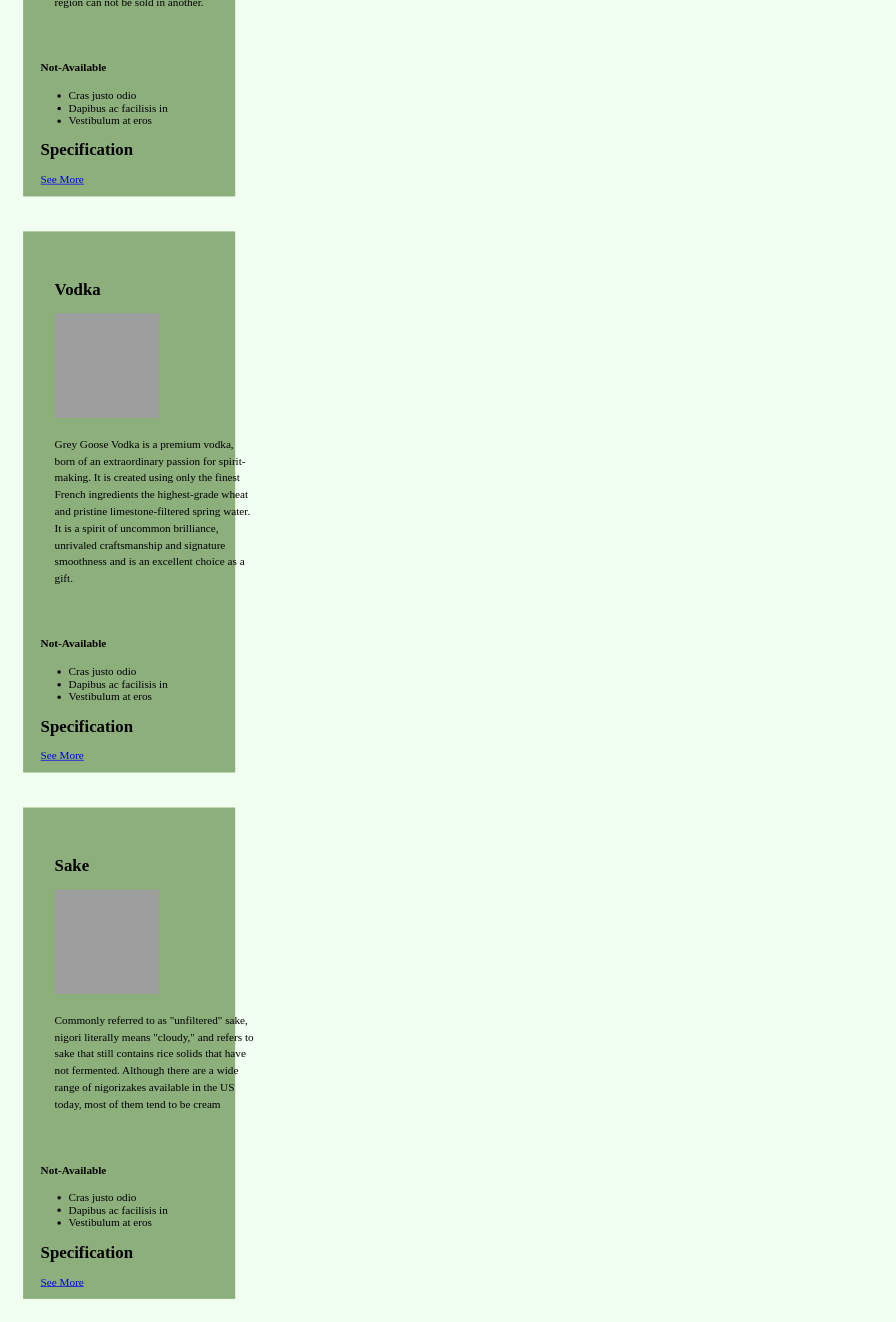
Repository: ZamlZam/REPO-11
Page: product-cards/index.html
The author's editor kept a copy of each file at every save. The page is drawn from the files as they stood at one save, then again after the next save.
The browser window is 1280 px wide. The pictures show the part of the page from y = 2051 to 3971 px (the page is 3940 px tall before and 3971 px after), at 70% of full size.
Pictures or frames that could not be fetched are drawn as grey boxes.

Above is the page before, as saved 2023-04-14 20:41:03.

### product-cards/index.html
<!DOCTYPE html>
<html lang="en">
<head>
  <meta charset="UTF-8">
  <meta http-equiv="X-UA-Compatible" content="IE=edge">
  <meta name="viewport" content="width=device-width, initial-scale=1.0">
  <title>Document</title>
  <link rel="stylesheet" href="main.css">
</head>
<body>

  <div class ="wrapper">
    <div class="header"> ZamZam's Distillery</div>

  <div class="card-wrap">
    <div class="card-item">
    <div class="card1" style="width: 18rem;">
      <h2 class="whiskey">Jack Daniel</h2>
     <img src="https://www.finewinedelivery.co.nz/content/products/original/16561.jpg?width=1136" height = "150px" width="150px" alt="">
    <div class="card-body">

      <p class="card-text">Jack Daniel's is a Tennessee whiskey that has been around since the 1800s. It is the world's top-selling American whiskey and is considered very smooth.</p>
    </div>
  </div>
    <h4 class="Available">Not-Available</h4>
    <ul class="list-group list-group-flush">
      <li class="list-group-item">Cras justo odio</li>
      <li class="list-group-item">Dapibus ac facilisis in</li>
      <li class="list-group-item">Vestibulum at eros</li>
    </ul>
    <h2 class="specification">Specification</h2>
    <div class="card-body">
      <a href="#" class="btn btn-primary">See More</a>

    </div>
  </div>
  </div>
  </div>

  <div class="card-wrap2">
    <div class="card-item2">
    <div class="card2" style="width: 18rem;">
      <h2 class="tequila">Patron</h2>
     <img src="https://th.bing.com/th/id/OIP.omD1u9-5BvE0kcntTUyq4AHaGJ?pid=ImgDet&rs=1" height = "150px" width="150px" alt="">
    <div class="card-body2">

      <p class="card-text2">Patrón is a popular tequila brand, and its Silver Tequila is one of the hottest spirits on the market. Distilled in Jalisco, Mexico, from blue Weber agave, it's widely distributed and found in almost every bar and liquor store.</p>
    </div>
  </div>
    <h4 class="Available">Not-Available</h4>
    <ul class="list-group list-group-flush">
      <li class="list-group-item">Cras justo odio</li>
      <li class="list-group-item">Dapibus ac facilisis in</li>
      <li class="list-group-item">Vestibulum at eros</li>
    </ul>
    <h2 class="specification">Specification</h2>
    <div class="card-body">
      <a href="#" class="btn btn-primary">See More</a>

    </div>
  </div>
  </div>
</div>

<div class="card-wrap3">
  <div class="card-item3">
  <div class="card3" style="width: 18rem;">
    <h2 class="rum">Aguardiente</h2>
   <img src="https://s.cornershopapp.com/product-images/1050370.jpg?versionId=xuP.iP5MiWyH4wgZVeVdTTerM65pvh4C" height = "150px" width="150px" alt="">
  <div class="card-body3">

    <p class="card-text3">In Colombia, aguardiente is an anise -flavoured liqueur derived from sugar cane, popular in the Andean region. Each department of Colombia holds the rights to produce it, but aguardiente produced in one region can not be sold in another.</p>
  </div>
</div>
  <h4 class="Available">Not-Available</h4>
  <ul class="list-group list-group-flush">
    <li class="list-group-item">Cras justo odio</li>
    <li class="list-group-item">Dapibus ac facilisis in</li>
    <li class="list-group-item">Vestibulum at eros</li>
  </ul>
  <h2 class="specification">Specification</h2>
  <div class="card-body">
    <a href="#" class="btn btn-primary">See More</a>

  </div>
</div>
</div>
</div>

<div class="card-wrap4">
  <div class="card-item4">
  <div class="card4" style="width: 18rem;">
    <h2 class="Vodka">Vodka</h2>
   <img src="https://th.bing.com/th/id/OIP.A0LuDfu3pj8rYBoiSEGyLwHaNo?pid=ImgDet&rs=1" height = "150px" width="150px" alt="">
  <div class="card-body4">

    <p class="card-text4">Grey Goose Vodka is a premium vodka, born of an extraordinary passion for spirit-making. It is created using only the finest French ingredients the highest-grade wheat and pristine limestone-filtered spring water. It is a spirit of uncommon brilliance, unrivaled craftsmanship and signature smoothness and is an excellent choice as a gift.</p>
  </div>
</div>
  <h4 class="Available">Not-Available</h4>
  <ul class="list-group list-group-flush">
    <li class="list-group-item">Cras justo odio</li>
    <li class="list-group-item">Dapibus ac facilisis in</li>
    <li class="list-group-item">Vestibulum at eros</li>
  </ul>
  <h2 class="specification">Specification</h2>
  <div class="card-body">
    <a href="#" class="btn btn-primary">See More</a>

  </div>
</div>
</div>
</div>

<div class="card-wrap5">
  <div class="card-item5">
  <div class="card5" style="width: 18rem;">
    <h2 class="Sake">Sake</h2>
   <img src="https://www.wespeakwine.com/resize/Shared/Images/Product/Ohyama-Tokubetsu-Junmai-Nigori-Big-Mountain-Cloudy-Sake-500ML/ohyama_nigori_bottle.jpg?lr=t&bw=600&bh=600" height = "150px" width="150px" alt="">
  <div class="card-body5">

    <p class="card-text5">Commonly referred to as "unfiltered" sake, nigori literally means "cloudy," and refers to sake that still contains rice solids that have not fermented. Although there are a wide range of nigorizakes available in the US today, most of them tend to be cream</p>
  </div>
</div>
  <h4 class="Available">Not-Available</h4>
  <ul class="list-group list-group-flush">
    <li class="list-group-item">Cras justo odio</li>
    <li class="list-group-item">Dapibus ac facilisis in</li>
    <li class="list-group-item">Vestibulum at eros</li>
  </ul>
  <h2 class="specification">Specification</h2>
  <div class="card-body">
    <a href="#" class="btn btn-primary">See More</a>

  </div>
</div>
</div>
</div>
</body>


</html>

### product-cards/main.css
body{
  background-color:honeydew;
}

.wrapper .header {
  width: 100%;
  height: 50px;
  background: lightgreen;
  color: lightcoral;
  text-align: center;
  align-items: center;
  font-size: 30px;
  display:flex;
  justify-content: center;
  font-weight:500;
}

.card-wrap {
  padding: 25px;

  width: 20%;
  height: 100%;
  display: flex;
  justify-content: space-between;
  flex-wrap: wrap;
}

.card-wrap .card-item {
  padding: 15px 25px;
  width: 100%;
  background-color:khaki;
}

.card-wrap .card1 {
  padding: 35px 20px;
  border-radius: 5px;
  min-width: 225px;
  min-height: 300px;

}

.card-wrap .card1 img{
  margin-bottom: 5px;



}

.card-wrap .card1 .whiskey{
  color:teal;
  font-weight: 900;
  letter-spacing: 2px;
  font-size: 35px;
  white-space: nowrap;
  justify-content: center;
  text-align: center;
  align-items: center;
}

.card-wrap .card1 .card-body{
  font-style: 14px;
  line-height: 24px;
  color:black;
}

/**/

.card-wrap2 {
  padding: 25px;

  width: 20%;
  height: 100%;
  display: flex;
  justify-content: space-between;
  flex-wrap: wrap;
}

.card-wrap2 .card-item2 {
  padding: 15px 25px;
  width: 100%;
  background-color:tan;
}

.card-wrap2 .card2 {
  padding: 35px 20px;
  border-radius: 5px;
  min-width: 225px;
  min-height: 300px;

}

.card-wrap2 .card2 img{
  margin-bottom: 5px;
}

.card-wrap2 .card2 .tequila{
  color:brown;
  font-weight: 900;
  letter-spacing: 2px;
  font-size: 35px;
  white-space: nowrap;
  justify-content: center;
  text-align: center;
  align-items: center;
}

.card-wrap2 .card2 .card-body2{
  font-style: 14px;
  line-height: 24px;
  color:black;
}

/**/

.card-wrap3 {
  padding: 25px;

  width: 20%;
  height: 100%;
  display: flex;
  justify-content: space-between;
  flex-wrap: wrap;
}

.card-wrap3 .card-item3 {
  padding: 15px 25px;
  width: 100%;
  background-color:rgb(140, 175, 124);
}

.card-wrap3 .card3 {
  padding: 35px 20px;
  border-radius: 5px;
  min-width: 225px;
  min-height: 300px;

}

.card-wrap3 .card3 img{
  margin-bottom: 5px;
}

.card-wrap3 .card3 .rum{
  color:rgb(190, 207, 89);
  font-weight: 900;
  letter-spacing: 2px;
  font-size: 35px;
  white-space: nowrap;
  justify-content: center;
  text-align: center;
  align-items: center;
}

.card-wrap3 .card3 .card-body3{
  font-style: 14px;
  line-height: 24px;
  color:black;
}


/**/

.card-wrap4 {
  padding: 25px;

  width: 20%;
  height: 100%;
  display: flex;
  justify-content: space-between;
  flex-wrap: wrap;
}

.card-wrap4 .card-item4 {
  padding: 15px 25px;
  width: 100%;
  background-color:rgb(140, 175, 124);
}

.card-wrap4 .card4 {
  padding: 35px 20px;
  border-radius: 5px;
  min-width: 225px;
  min-height: 300px;

}

.card-wrap4 .card4 img{
  margin-bottom: 5px;
}

.card-wrap4 .card4 .vodka{
  color:rgb(190, 207, 89);
  font-weight: 900;
  letter-spacing: 2px;
  font-size: 35px;
  white-space: nowrap;
  justify-content: center;
  text-align: center;
  align-items: center;
}

.card-wrap4 .card4 .card-body4{
  font-style: 14px;
  line-height: 24px;
  color:black;
}

/**/

.card-wrap5 {
  padding: 25px;

  width: 20%;
  height: 100%;
  display: flex;
  justify-content: space-between;
  flex-wrap: wrap;
}

.card-wrap5 .card-item5 {
  padding: 15px 25px;
  width: 100%;
  background-color:rgb(140, 175, 124);
}

.card-wrap5 .card5 {
  padding: 35px 20px;
  border-radius: 5px;
  min-width: 225px;
  min-height: 300px;

}

.card-wrap5 .card5 img{
  margin-bottom: 5px;
}

.card-wrap5 .card5 .sake{
  color:rgb(70, 126, 136);
  font-weight: 900;
  letter-spacing: 2px;
  font-size: 35px;
  white-space: nowrap;
  justify-content: center;
  text-align: center;
  align-items: center;
}

.card-wrap5 .card5 .card-body5{
  font-style: 14px;
  line-height: 24px;
  color:black;
}

After the next save:
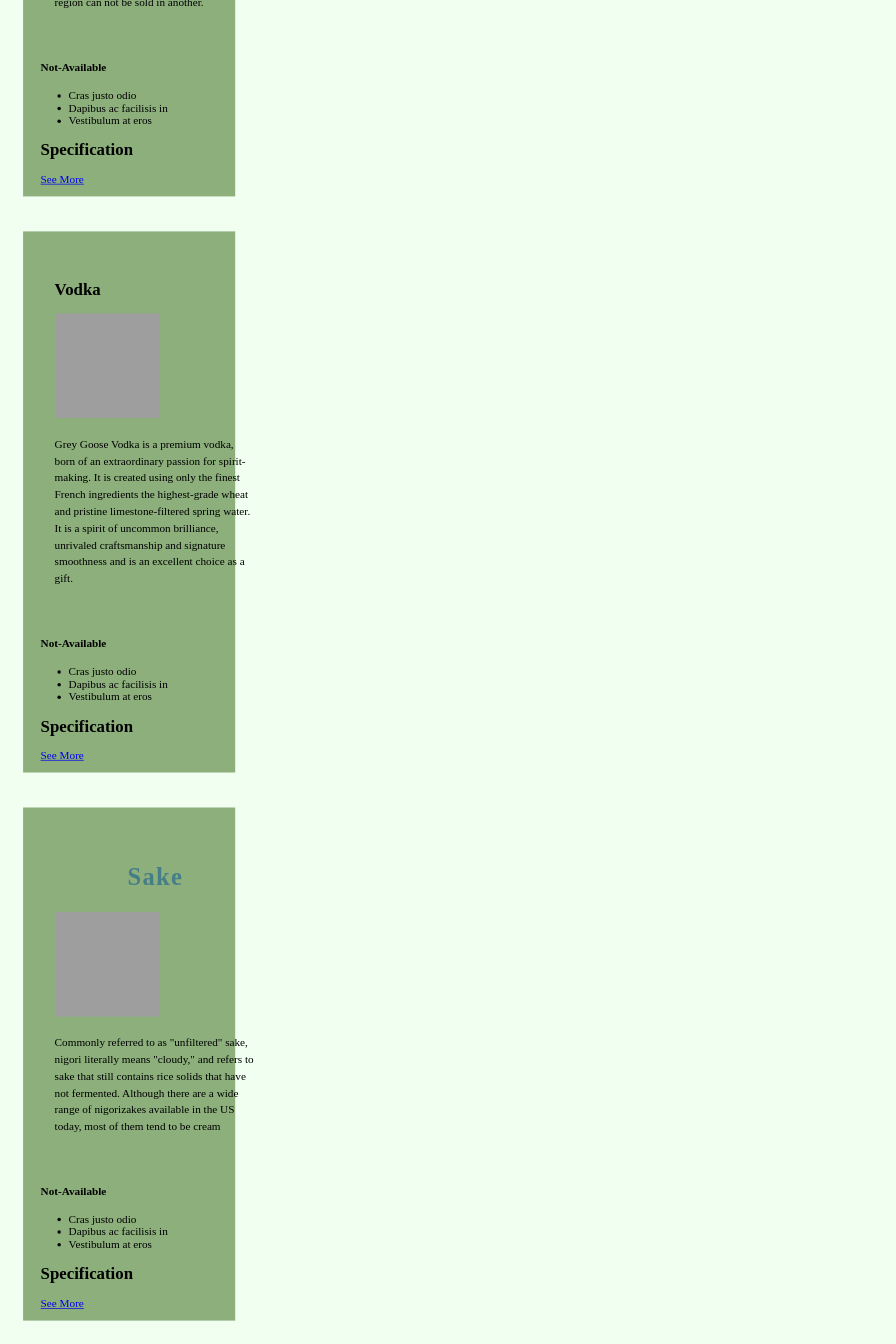
Saved 52 s later.
--- a/product-cards/main.css
+++ b/product-cards/main.css
@@ -235,7 +235,7 @@
   margin-bottom: 5px;
 }
 
-.card-wrap5 .card5 .sake{
+.card-wrap5 .card5 .Sake{
   color:rgb(70, 126, 136);
   font-weight: 900;
   letter-spacing: 2px;
